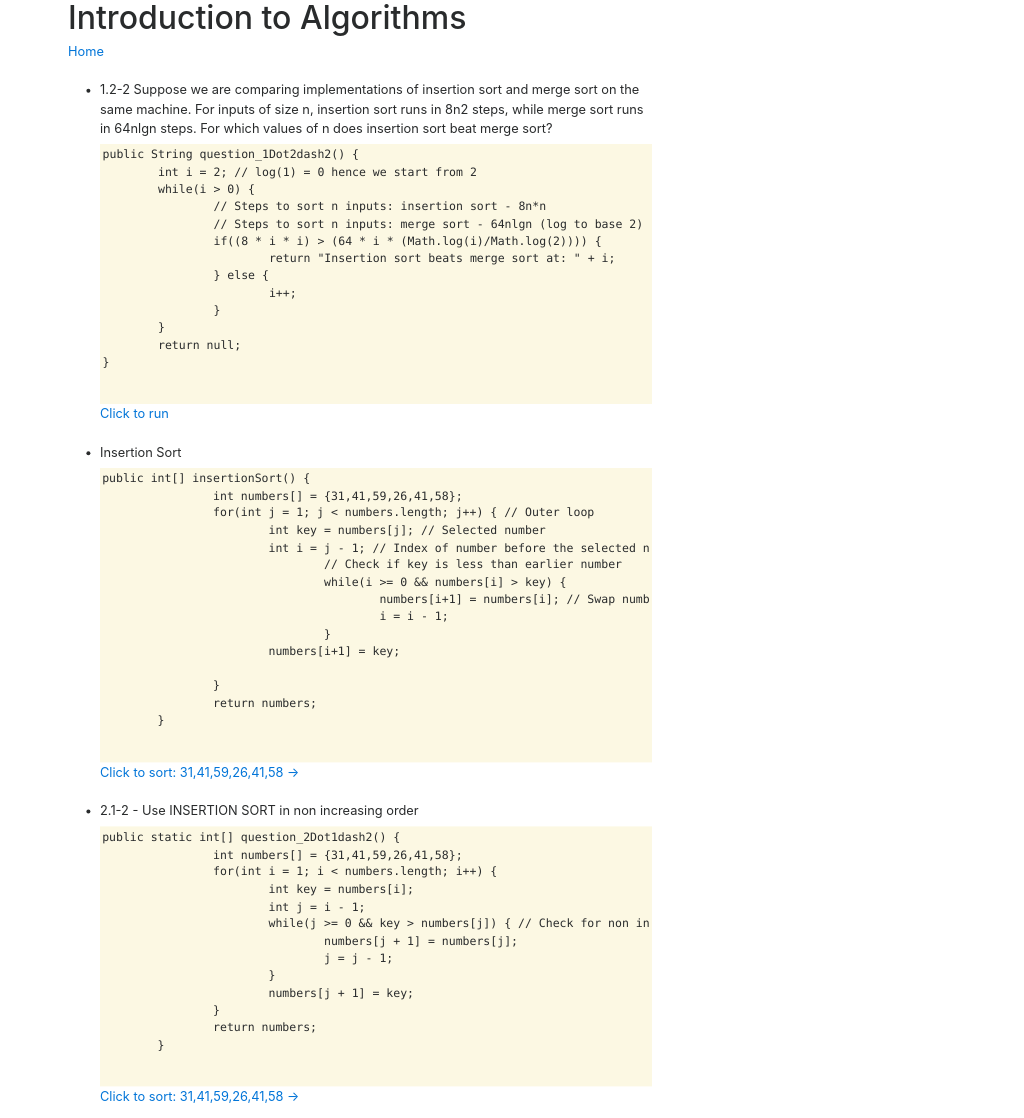
Repository: baltejas/algorithms
Page: http://localhost/algorithms/WEB-INF/views/index.jsp
These files come from the project's save history. The page is drawn as it stood at one moment and after the next save; the edit follows.
The browser window is 1280 px wide. The pictures show the whole page, at 80% of full size.
The page is served by Tomcat 9. Nobody is signed in. Other server files are loaded and not shown. The template is opened directly, without the code that normally fills it, so the values that code supplies are empty.

Above is the page before, as saved 2017-05-07 01:14:31.

### algorithms/src/main/webapp/WEB-INF/views/index.jsp
<html>
	<head>
		<link rel="stylesheet" href="resources/css/bootstrap.css">
	</head>
	<body>
		<div class="container">
		<h1>Introduction to Algorithms</h1>
		<a href="/algorithms/list">Home</a>
			<div class="mt-4 row">
				<div class="col-md-8">
					<ul>
						<li>1.2-2 Suppose we are comparing implementations of insertion sort and merge sort on the same machine.
							For inputs of size n, insertion sort runs in 8n2 steps, while merge sort runs in 64nlgn steps.
							For which values of n does insertion sort beat merge sort?
								<div class="mt-2 mark"><pre>
public String question_1Dot2dash2() {
	int i = 2; // log(1) = 0 hence we start from 2
	while(i > 0) {
		// Steps to sort n inputs: insertion sort - 8n*n
		// Steps to sort n inputs: merge sort - 64nlgn (log to base 2)
		if((8 * i * i) > (64 * i * (Math.log(i)/Math.log(2)))) {
			return "Insertion sort beats merge sort at: " + i;
		} else {
			i++;
		}
	}
	return null;
}
								</pre></div>
						<a href="/algorithms/question_1Dot2dash2">Click to run</a>
						<label>${answer}</label>
						</li>

						<li class="mt-4">Insertion Sort
								<div class="mt-2 mark"><pre>
public int[] insertionSort() {
		int numbers[] = {31,41,59,26,41,58};
		for(int j = 1; j < numbers.length; j++) { // Outer loop
			int key = numbers[j]; // Selected number
			int i = j - 1; // Index of number before the selected number
			 	// Check if key is less than earlier number
				while(i >= 0 && numbers[i] > key) {
					numbers[i+1] = numbers[i]; // Swap numbers
					i = i - 1;
				}
			numbers[i+1] = key;

		}
		return numbers;
	}
								</pre></div>
						<a href="/algorithms/insertionSort">Click to sort: 31,41,59,26,41,58  -> </a>
						<label>${sorted}</label>
						</li>

						<li class="mt-4">2.1-2 - Use INSERTION SORT in non increasing order
								<div class="mt-2 mark"><pre>
public static int[] question_2Dot1dash2() {
		int numbers[] = {31,41,59,26,41,58};
		for(int i = 1; i < numbers.length; i++) {
			int key = numbers[i];
			int j = i - 1;
			while(j >= 0 && key > numbers[j]) { // Check for non increasing
				numbers[j + 1] = numbers[j];
				j = j - 1;
			}
			numbers[j + 1] = key;
		}
		return numbers;
	}
								</pre></div>
						<a href="/algorithms/question_2Dot1dash2">Click to sort: 31,41,59,26,41,58  -> </a>
						<label>${descSorted}</label>
						</li>

					</ul>
				</div>
			</div>
		</div>
	</body>
</html>

Loaded but not shown: algorithms/src/main/webapp/resources/css/bootstrap.css (library)

After the next save:
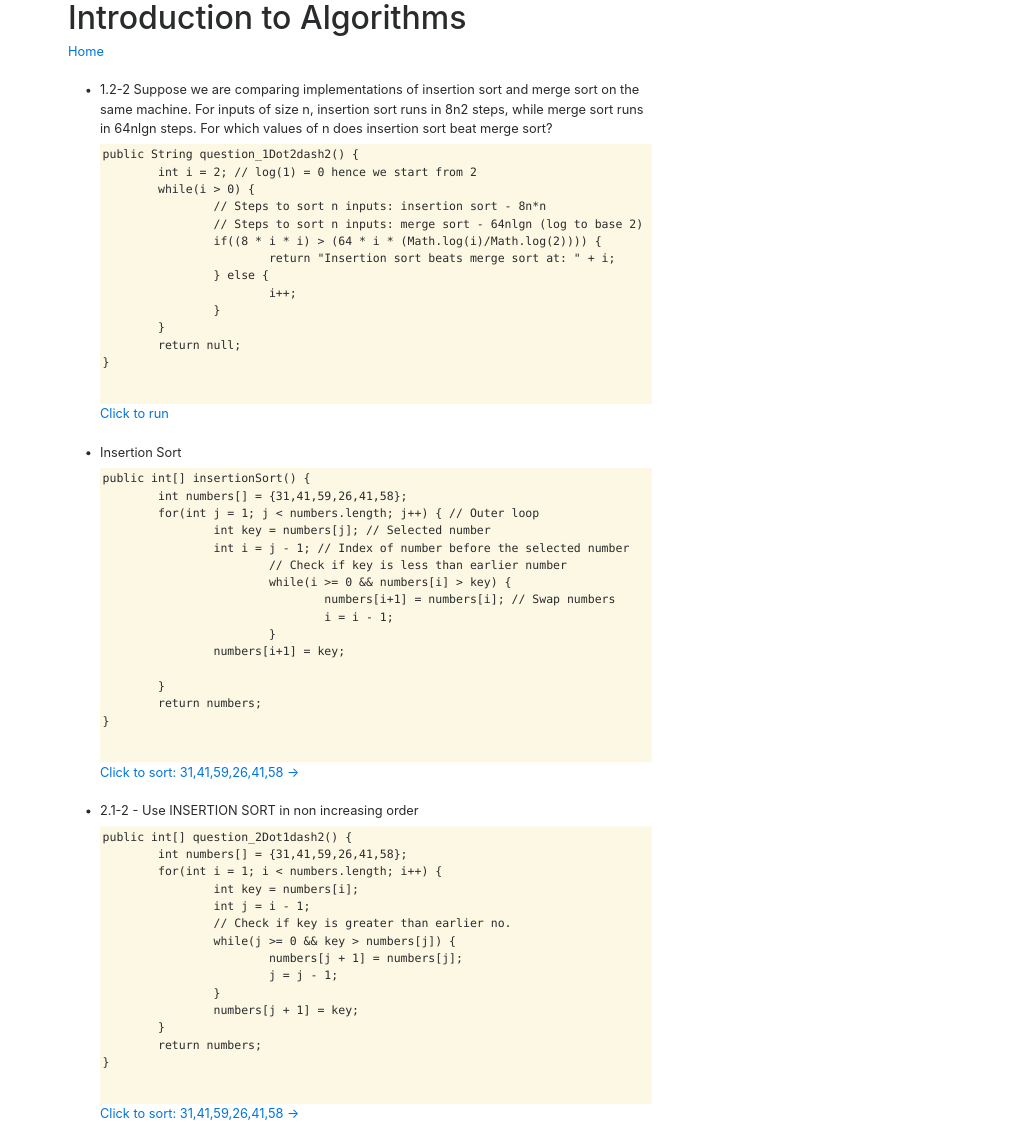
Saved 30 s later.
--- a/algorithms/src/main/webapp/WEB-INF/views/index.jsp
+++ b/algorithms/src/main/webapp/WEB-INF/views/index.jsp
@@ -34,20 +34,20 @@ public String question_1Dot2dash2() {
 						<li class="mt-4">Insertion Sort
 								<div class="mt-2 mark"><pre>
 public int[] insertionSort() {
-		int numbers[] = {31,41,59,26,41,58};
-		for(int j = 1; j < numbers.length; j++) { // Outer loop
-			int key = numbers[j]; // Selected number
-			int i = j - 1; // Index of number before the selected number
-			 	// Check if key is less than earlier number
-				while(i >= 0 && numbers[i] > key) {
-					numbers[i+1] = numbers[i]; // Swap numbers
-					i = i - 1;
-				}
-			numbers[i+1] = key;
+	int numbers[] = {31,41,59,26,41,58};
+	for(int j = 1; j < numbers.length; j++) { // Outer loop
+		int key = numbers[j]; // Selected number
+		int i = j - 1; // Index of number before the selected number
+		 	// Check if key is less than earlier number
+			while(i >= 0 && numbers[i] > key) {
+				numbers[i+1] = numbers[i]; // Swap numbers
+				i = i - 1;
+			}
+		numbers[i+1] = key;
 
-		}
-		return numbers;
 	}
+	return numbers;
+}
 								</pre></div>
 						<a href="/algorithms/insertionSort">Click to sort: 31,41,59,26,41,58  -> </a>
 						<label>${sorted}</label>
@@ -55,19 +55,20 @@ public int[] insertionSort() {
 
 						<li class="mt-4">2.1-2 - Use INSERTION SORT in non increasing order
 								<div class="mt-2 mark"><pre>
-public static int[] question_2Dot1dash2() {
-		int numbers[] = {31,41,59,26,41,58};
-		for(int i = 1; i < numbers.length; i++) {
-			int key = numbers[i];
-			int j = i - 1;
-			while(j >= 0 && key > numbers[j]) { // Check for non increasing
-				numbers[j + 1] = numbers[j];
-				j = j - 1;
-			}
-			numbers[j + 1] = key;
+public int[] question_2Dot1dash2() {
+	int numbers[] = {31,41,59,26,41,58};
+	for(int i = 1; i < numbers.length; i++) {
+		int key = numbers[i];
+		int j = i - 1;
+		// Check if key is greater than earlier no.
+		while(j >= 0 && key > numbers[j]) {
+			numbers[j + 1] = numbers[j];
+			j = j - 1;
 		}
-		return numbers;
+		numbers[j + 1] = key;
 	}
+	return numbers;
+}
 								</pre></div>
 						<a href="/algorithms/question_2Dot1dash2">Click to sort: 31,41,59,26,41,58  -> </a>
 						<label>${descSorted}</label>
